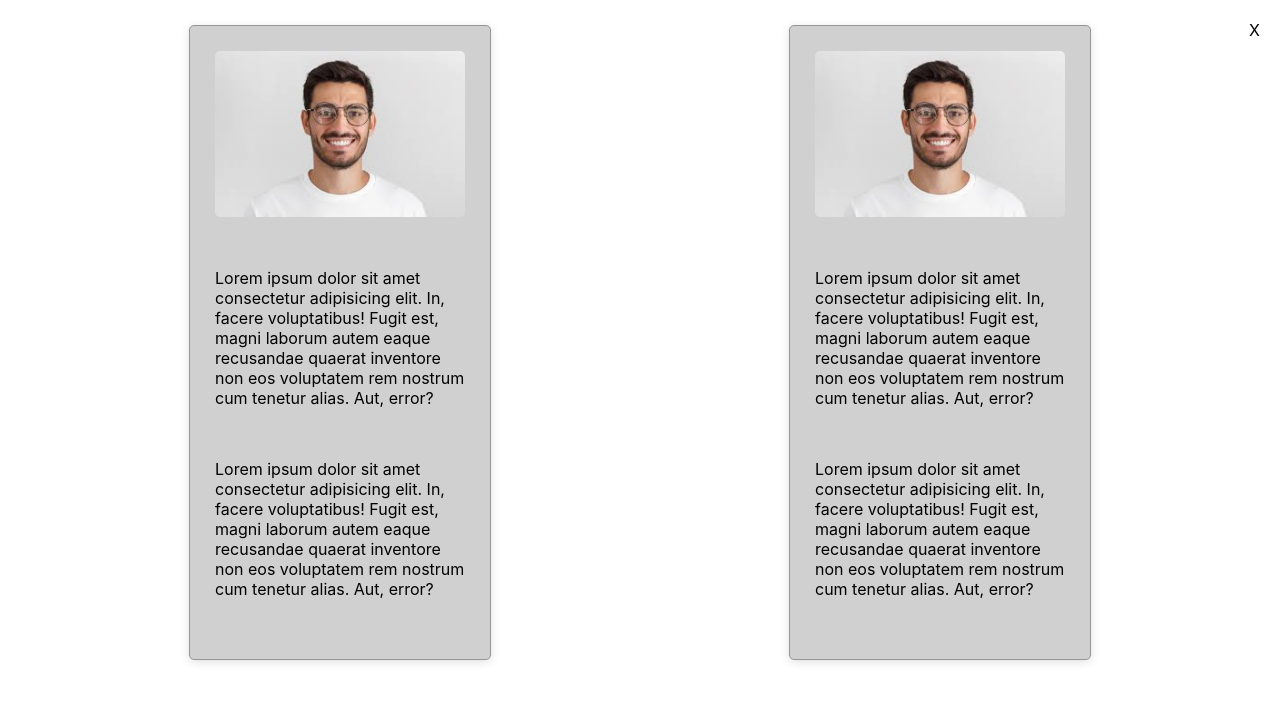
Repository: mikelnorth/team-profile-demo
Page: /
The author's editor kept a copy of each file at every save. The page is drawn from the files as they stood at one save, then again after a run of saves.
The browser window is 1280 px wide. The pictures show the whole page.
The project was rebuilt for these pictures with package versions that can differ from the ones it lists, and the page was loaded fresh each time.

Above is the page before, as saved 2022-05-19 19:25:12.

### src/App.js
import { useState } from 'react';
import './App.scss';
import Card from './components/Card';
import { getPeople } from './api/person.js';
import React from 'react';

function App() {

  const [people, setPeople] = useState(getPeople());

  return (
    <div className="App">
      <nav className="nav">X</nav>

      <main>
        {people.map((person) => {
          return <Card person={person}><p>{person.text}</p></Card>
        })}
      </main>

    </div>
  );
}

export default App;

### src/App.scss
nav {
  position: absolute;
  top: 20px;
  right: 20px;
}

main {
  display: flex;
  justify-content: space-around;
  max-width: 1200px;
  margin: auto;
  padding: 25px;
}

### src/components/Card.js
import headshot from "../assets/images/stock-head.jpeg";
import './Card.scss';

export default function Card({person}, children) {
  console.log('person', person )
  return (
    <section className="card">
      <img src={headshot} alt="headshot" />
      <p>
        Lorem ipsum dolor sit amet consectetur adipisicing elit. In, facere
        voluptatibus! Fugit est, magni laborum autem eaque recusandae quaerat
        inventore non eos voluptatem rem nostrum cum tenetur alias. Aut, error?
      </p>
      <p>
        Lorem ipsum dolor sit amet consectetur adipisicing elit. In, facere
        voluptatibus! Fugit est, magni laborum autem eaque recusandae quaerat
        inventore non eos voluptatem rem nostrum cum tenetur alias. Aut, error?
      </p>
    </section>
  );
}

### src/api/person.js
import headshot from "../assets/images/stock-head.jpeg"

export function getPeople() {
  return [
    {
      id: 1,
      image: headshot,
      text: "Lorem ipsum dolor sit amet consectetur adipisicing elit. Maiores dicta id, voluptatum consectetur, rem obcaecati nulla veniam quasi cupiditate consequatur impedit architecto neque amet magni accusamus ex! Rerum, ipsa quo."
    },
    {
      id: 2,
      image: headshot,
      text: "beans"
    }
  ];
}

### src/components/Card.scss
.card {
  display: flex;
  flex-direction: column;
  width: 250px;
  padding: 25px;
  background-color: #d0d0d0;
  border: 1px solid #969696;
  border-radius: 5px;
  box-shadow: rgba(99, 99, 99, 0.2) 0px 2px 8px 0px;

  img {
    border-radius: 5px;
  }

  p, img {
    margin-bottom: 35px;
  }
}

Loaded but not shown: public/index.html (common file); src/index.js (common file); src/index.css (common file); src/reportWebVitals.js (common file)

After the next 4 saves:
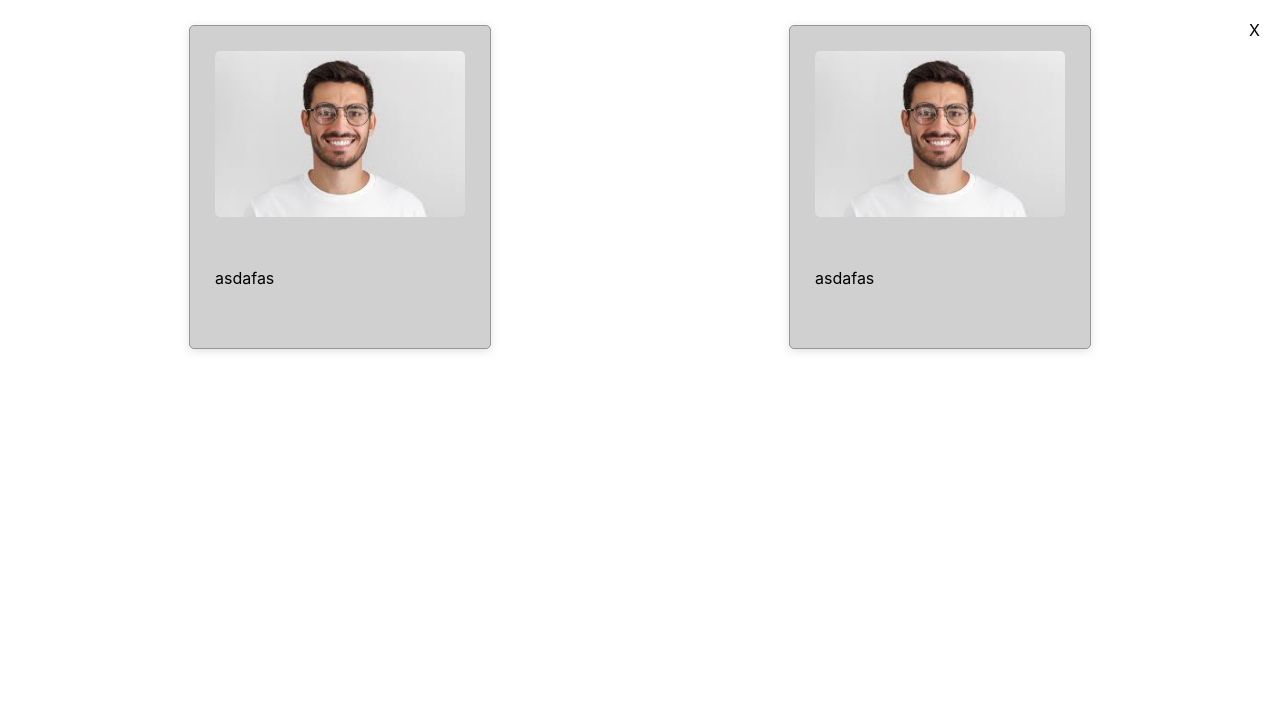
The 4 saves are shown as one change because 3 did not build or start.
The last was saved 55 s later.
--- a/src/App.js
+++ b/src/App.js
@@ -14,7 +14,7 @@ function App() {
 
       <main>
         {people.map((person) => {
-          return <Card person={person}><p>{person.text}</p></Card>
+          return <Card person={person}><p>asdafas</p></Card>
         })}
       </main>
 
--- a/src/components/Card.js
+++ b/src/components/Card.js
@@ -1,21 +1,12 @@
 import headshot from "../assets/images/stock-head.jpeg";
 import './Card.scss';
 
-export default function Card({person}, children) {
+export default function Card({person, children}) {
   console.log('person', person )
   return (
     <section className="card">
       <img src={headshot} alt="headshot" />
-      <p>
-        Lorem ipsum dolor sit amet consectetur adipisicing elit. In, facere
-        voluptatibus! Fugit est, magni laborum autem eaque recusandae quaerat
-        inventore non eos voluptatem rem nostrum cum tenetur alias. Aut, error?
-      </p>
-      <p>
-        Lorem ipsum dolor sit amet consectetur adipisicing elit. In, facere
-        voluptatibus! Fugit est, magni laborum autem eaque recusandae quaerat
-        inventore non eos voluptatem rem nostrum cum tenetur alias. Aut, error?
-      </p>
+      {children}
     </section>
   );
 }
